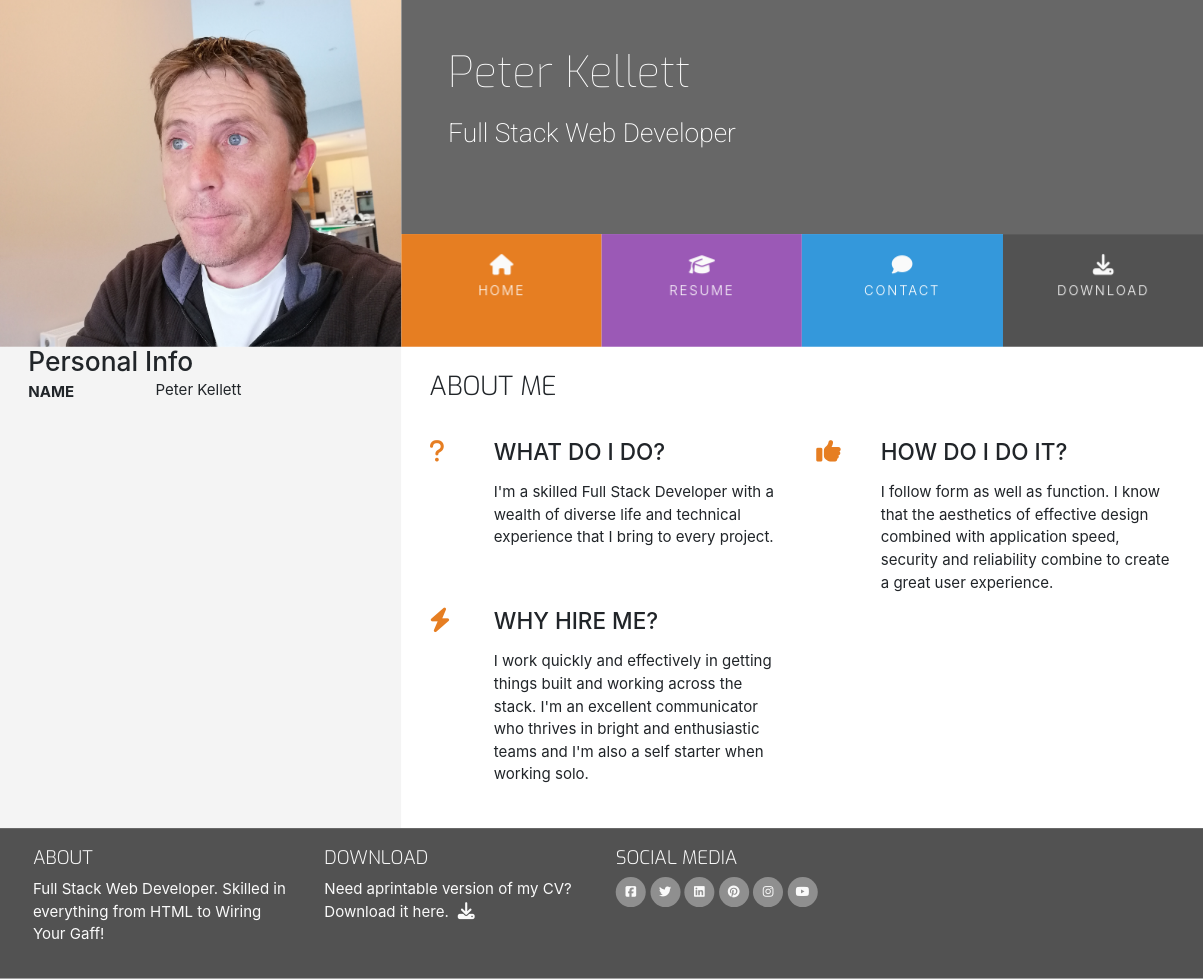
Repository: PeterKellett/resume-tutorial
Page: index.html
The author's editor kept a record of every edit. The page is drawn from the files as they stood at one moment, then again after the next edit.
The browser window is 1280 px wide. The pictures show the whole page, at 94% of full size.
Some web libraries are served in a nearby version.

Above is the page before.

### index.html
<!DOCTYPE html>
<html lang="en">

<head>
    <meta charset="UTF-8">
    <meta name="viewport" content="width=device-width, initial-scale=1.0">
    <meta http-equiv="X-UA-Compatible" content="ie=edge">
    <link rel="stylesheet" href="https://stackpath.bootstrapcdn.com/bootstrap/4.3.1/css/bootstrap.min.css" integrity="sha384-ggOyR0iXCbMQv3Xipma34MD+dH/1fQ784/j6cY/iJTQUOhcWr7x9JvoRxT2MZw1T" crossorigin="anonymous">
    <script src="https://kit.fontawesome.com/5522ae6586.js"></script>
    <link rel="stylesheet" href="https://cdnjs.cloudflare.com/ajax/libs/hover.css/2.3.1/css/hover-min.css" type="text/css" />
    <link rel="stylesheet" href="assets/css/style.css" type="text/css" />
    <title>CV index</title>
</head>
<!-------------------------------------------End </head>----------------------------------->

<!--------------------------------------=---Start <body>----------------------------------->

<body>
    <!--------------------------------------=---Start <header>----------------------------------->
    <header>
        <div class="row no-gutters">
            <a href="index.html" class="col-md-4 logo"></a>

            <div class="col-md-8">
                <div class="row no-gutters bg-color-name-title">
                    <div class="col heading">
                        <h1 class="name">Peter Kellett</h1>
                        <h2 class="title">Full Stack Web Developer</h2>
                    </div>
                </div>
                <div class="row no-gutters">
                    <div class="col">
                        <ul id="nav" class="list-inline menucontainer">
                            <li class="col-6 col-sm-3 ui-menu-color-home list-inline-item menuitem">
                                <a href="index.html" class="hvr-sweep-to-bottom"><i class="fas fa-home" aria-hidde="true"></i><span>Home</span></a>
                            </li>
                            <li class="col-6 col-sm-3 ui-menu-color-resume list-inline-item menuitem">
                                <a href="resume.html" class="hvr-sweep-to-bottom"><i class="fas fa-graduation-cap" aria-hidde="true"></i><span>Resume</span></a>
                            </li>
                            <li class="col-6 col-sm-3 ui-menu-color-contact list-inline-item menuitem">
                                <a href="contact.html" class="hvr-sweep-to-bottom"><i class="fas fa-comment" aria-hidde="true"></i><span>Contact</span></a>
                            </li>
                            <li class="col-6 col-sm-3 ui-menu-color-download list-inline-item menuitem">
                                <a href="assets/cv/test_resume.pdf" target="_blank" class="hvr-sweep-to-bottom"><i class="fas fa-download" aria-hidde="true"></i><span>Download</span></a>
                            </li>
                        </ul>
                    </div>
                </div>
            </div>
        </div>
    </header>
    <!-------------------------------------------End </header>----------------------------------->

    <!--------------------------------------=---Start <section>----------------------------------->

    <section class="container-fluid">
        <div class="row">
            <div class="col-md-4 bg-color-personal-info section-column">
                <div class="row">
                    <div class="col-12">
                        <h3 class-"section-heading uppercase">
                            Personal Info
                        </h3>
                    </div>
                </div>
                <div class="personal-info-item">
                    <div class="key">
                        <p class="uppercase">
                            Name
                        </p>
                    </div>
                    <div class="value">
                        <p>
                            Peter Kellett
                        </p>
                    </div>
                </div>
            </div>
            <div class="col-md-8 bg-color-three-reasons section-column">
                <div class="row">
                    <div class="col">
                        <h3 class="section-heading uppercase">About Me</h3>
                    </div>
                </div>
                <div class="row">
                    <div class="col-10 offset-1 offset-sm-0 col-sm-4 col-md-6">
                        <div class="row">
                            <div class="col-2"><i class="three-reasons-icon fas fa-question" aria-hidden="true"></i>
                            </div>
                            <div class="col-10">
                                <h4 class="three-reasons-heading uppercase">What do I do?</h4>
                                <p>
                                    I'm a skilled Full Stack Developer with a wealth of diverse life and technical experience that I bring to every project.
                                </p>
                            </div>
                        </div>
                    </div>
                    <div class="col-10 offset-1 offset-sm-0 col-sm-4 col-md-6">
                        <div class="row">
                            <div class="col-2"><i class="three-reasons-icon fas fa-thumbs-up" aria-hidden="true"></i>
                            </div>
                            <div class="col-10">
                                <h4 class="three-reasons-heading uppercase">How do I do it?</h4>
                                <p>
                                    I follow form as well as function. I know that the aesthetics of effective design combined with application speed, security and reliability combine to create a great user experience.
                                </p>
                            </div>
                        </div>
                    </div>
                    <div class="col-10 offset-1 offset-sm-0 col-sm-4 col-md-6">
                        <div class="row">
                            <div class="col-2"><i class="three-reasons-icon fas fa-bolt" aria-hidden="true"></i>
                            </div>
                            <div class="col-10">
                                <h4 class="three-reasons-heading uppercase">Why hire me?</h4>
                                <p>
                                    I work quickly and effectively in getting things built and working across the stack. I'm an excellent communicator who thrives in bright and enthusiastic teams and I'm also a self starter when working solo.
                                </p>
                            </div>
                        </div>
                    </div>
                </div>
            </div>
        </div>
    </section>
    <!-------------------------------------------End </section>----------------------------------->


    <!--------------------------------------=---Start <footer>----------------------------------->

    <footer class="container-fluid">
        <div id="footer-details" class="row">
            <div class="col-sm-3">
                <h5 class="uppercase general-sub">About</h5>
                <p class="inline-block">
                    Full Stack Web Developer. Skilled in everything from HTML to Wiring Your Gaff!
                </p>
            </div>
            <div class="col-sm-3">
                <h5 class="uppercase general-sub">Download</h5>
                <p class="inline-block">Need aprintable version of my CV? Download it here.
                    <a href="assets/cv/test_resume.pdf" target="_blank" class="cv-pdf">
                    <i class="fas fa-download" aria-hidden="true"></i>
                    <span class="sr-only">Download link.</span>
                </a>
                </p>
            </div>
            <div class="col-sm-3">
                <h5 class="uppercase general-sub">Social Media</h5>
                <ul class="list-inline social-links">
                    <li class="list-inline-item">
                        <a target="_blank" href="#">
                            <i Class="fab fa-facebook-square" aria-hidden="true"></i>
                            <span class="sr-only">Facebook</span>
                        </a>
                    </li>
                    <li class="list-inline-item">
                        <a target="_blank" href="#">
                            <i Class="fab fa-twitter" aria-hidden="true"></i>
                            <span class="sr-only">Twitter</span>
                        </a>
                    </li>
                    <li class="list-inline-item">
                        <a target="_blank" href="#">
                            <i Class="fab fa-linkedin" aria-hidden="true"></i>
                            <span class="sr-only">LinkedIn</span>
                        </a>
                    </li>
                    <li class="list-inline-item">
                        <a target="_blank" href="#">
                            <i Class="fab fa-pinterest" aria-hidden="true"></i>
                            <span class="sr-only">Pinterest</span>
                        </a>
                    </li>
                    <li class="list-inline-item">
                        <a target="_blank" href="#">
                            <i Class="fab fa-instagram" aria-hidden="true"></i>
                            <span class="sr-only">Instagram</span>
                        </a>
                    </li>
                    <li class="list-inline-item">
                        <a target="_blank" href="#">
                            <i Class="fab fa-youtube" aria-hidden="true"></i>
                            <span class="sr-only">YouTube</span>
                        </a>
                    </li>

                </ul>
            </div>
        </div>


    </footer>
    <!-------------------------------------------End </footer>----------------------------------->

</body>
<!-------------------------------------------End </body>----------------------------------->

</html>

### assets/css/style.css
@import url('https://fonts.googleapis.com/css?family=Roboto:100,200,300,400,500,600,700|Exo:100,200,300,400,500,600,700');

/*------------------------------Colors-------------------------*/

.bg-color-name-title {
    background: #676767;

}

.bg-color-three-reasons {
    background-color: #fff;
}

.bg-color-personal-info {
    background-color: #f4f4f4;
}

.ui-menu-color-home {
    background-color: #e67e22;
}

.ui-menu-color-resume {
    background-color: #9b59b6;
}

.ui-menu-color-contact {
    background-color: #3498db;
}

.ui-menu-color-download {
    background-color: #525252;
}

/*------------------------------Special Paddings/margins/text-------------------------*/

h1,
h2,
h3,
h4 {
    margin: 0;
}

.uppercase {
    text-transform: uppercase;
}

.general-sub {
    font-family: "exo", sans-serif;
    font-weight: 300;
    color: #fafafa;
}

.inline-block {
    display: inline-block;
}

.row-table {
    display: table;
}

.section-column {
    display: table-cell;
    padding: 0 30px 30px;
    float: none;
}

.section-heading {
    font-family: "Exo", sans-serif;
    font-weight: 300;
    margin-top: 25px;
    margin-bottom: 40px;
}

/*------------------------------Heading-------------------------*/

header {
    margin: 0;
}

.heading {
    margin-left: 50px;
}

.logo {
    background: url("../images/IMG_20190807_202109.jpg");
    background-position: center;
    background-repeat: no-repeat;
    background-size: cover;
    min-height: 360px;
    transition: all .5s ease-in-out;
    -moz-transition: all .5s ease-in-out;
    -webkit-transition: all .5s ease-in-out;
    -o-transition: all .5s ease-in-out;
}

.name {
    font-family: "Exo", sans-serif;
    font-weight: 100;
    font-size: 46px;
    margin-top: 50px;
    color: #fff;
}

.title {
    font-family: "Roboto", sans-serif;
    font-weight: 200;
    font-size: 28px;
    margin-top: 20px;
    margin-bottom: 90px;
    color: #fff;
}

.list-inline-item:not(:last-child) {
    margin: 0;
}

.menucontainer {
    font-size: 0;
}

#nav {
    margin: 0;
}

#nav li {
    font-size: 14px;
    padding: 0;
}

.menuitem {
    height: 120px;
    text-align: center;
    padding: 0;
}

.menuitem a {
    width: 100%;
    text-decoration: none;
    color: #fff;
    height: 120px;
}

.menuitem a i {
    padding-top: 22px;
    display: block;
    color: #fafafa;
    font-size: 22px;
}

.menuitem span {
    display: block;
    width: 100%;
    padding-top: 5px;
    text-align: center;
    text-transform: uppercase;
    font-size: 14px;
    font-weight: 300;
    letter-spacing: 2px;
}

/*------------------------------Hover.css-------------------------*/

.hvr-sweep-to-bottom:before {
    background: rgba(0, 0, 0, 0.2);
    height: 120px;
}

/*------------------------------Footer-------------------------*/

footer {
    background-color: #525252;
    color: #fafafa;
    min-height: 120px;
    margin: 0;
}

.cv-pdf i {
    font-size: 18px;
    color: #fafafa;
    text-align: center;
    padding-left: 5px;
    transition: all 0.35s ease-in-out;
    -moz-transition: all 0.35s ease-in-out;
    -webkit-transition: all 0.35s ease-in-out;
    -o-transition: all 0.35s ease-in-out;
}

.cv-pdf i:hover {
    color: #e84610;
}

.social-links {
    padding-bottom: 15px;
}

.social-links li a i {
    width: 32px;
    height: 32px;
    padding: 12px 0;
    border-radius: 50%;
    font-size: 13px;
    line-height: 7px;
    text-align: center;
    color: #fafafa;
    background: #8f8f8f;
    transition: all 0.35s ease-in-out;
    -moz-transition: all 0.35s ease-in-out;
    -webkit-transition: all 0.35s ease-in-out;
    -o-transition: all 0.35s ease-in-out;
}

.social-links li a i:hover {
    background: #e84610;
}

#footer-details {
    padding: 20px;
}

/*------------------------------Three reasons-------------------------*/
.three-reasons-icon {
    font-size: 26px;
    color: #e67e22;
}

.three-reasons-heading {
    margin-bottom: 15px;

}

/*------------------------------Personal Info-------------------------*/

.personal-info-item {
    margin-bottom: 20px;
    display: block;
    clear: both;
}

.personal-info-item .key,
.personal-info-item .value {
    padding-right: 8px;
    display: inline-block;
}

.personal-info-item .key p,
.personal-info-item.value p {
    margin: 0;
}

.personal-info-item .key {
    width: 30%;
    margin-right: 21px;
    padding-top: 2px;
    vertical-align: top;
}

.personal-info-item .key p {
    font-weight: 700;
}

.personal-info-item .value {
    position: relative;
    width: 60%;
}

After the next edit:
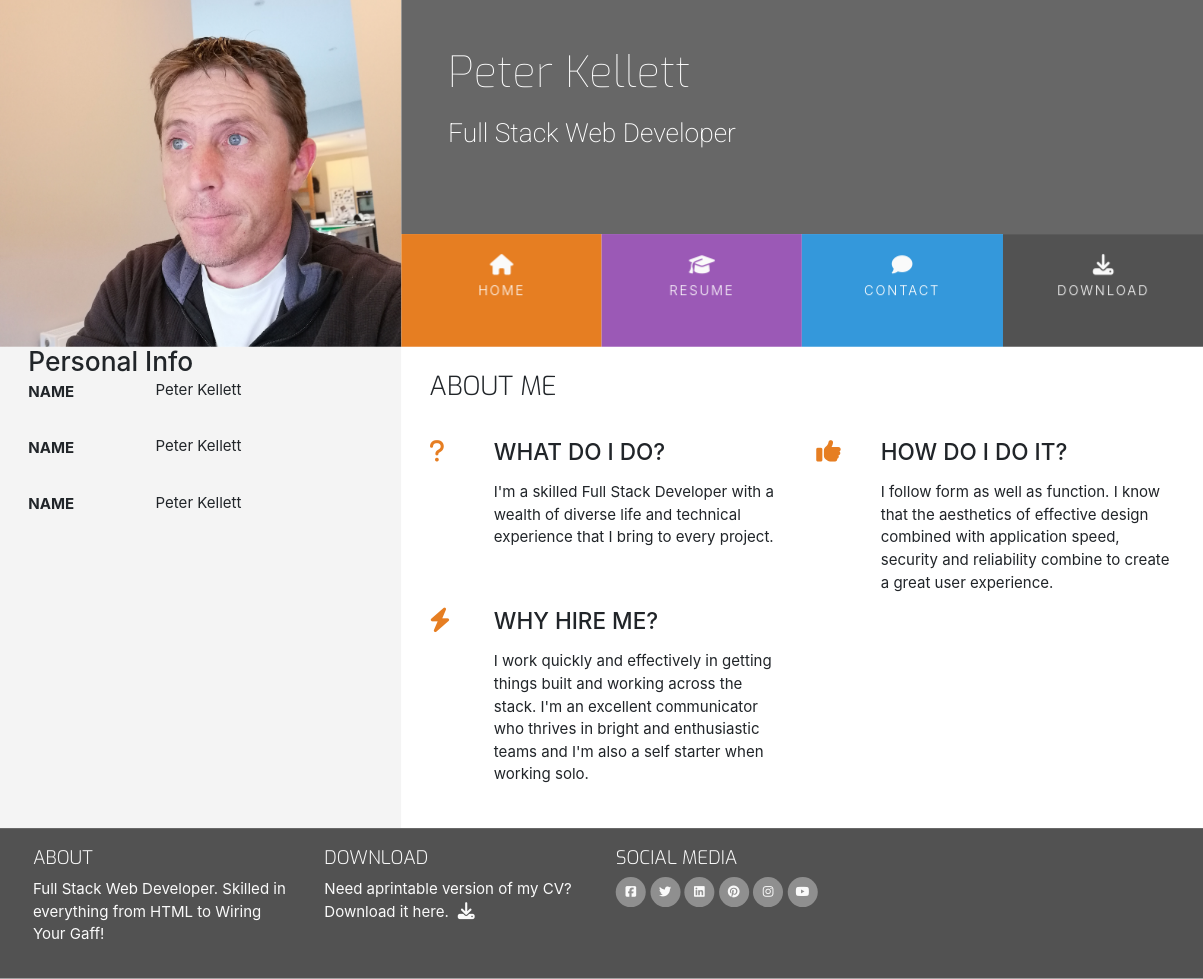
The edit:
--- a/index.html
+++ b/index.html
@@ -75,6 +75,30 @@
                         </p>
                     </div>
                 </div>
+                <div class="personal-info-item">
+                    <div class="key">
+                        <p class="uppercase">
+                            Name
+                        </p>
+                    </div>
+                    <div class="value">
+                        <p>
+                            Peter Kellett
+                        </p>
+                    </div>
+                </div>
+                <div class="personal-info-item">
+                    <div class="key">
+                        <p class="uppercase">
+                            Name
+                        </p>
+                    </div>
+                    <div class="value">
+                        <p>
+                            Peter Kellett
+                        </p>
+                    </div>
+                </div>
             </div>
             <div class="col-md-8 bg-color-three-reasons section-column">
                 <div class="row">
